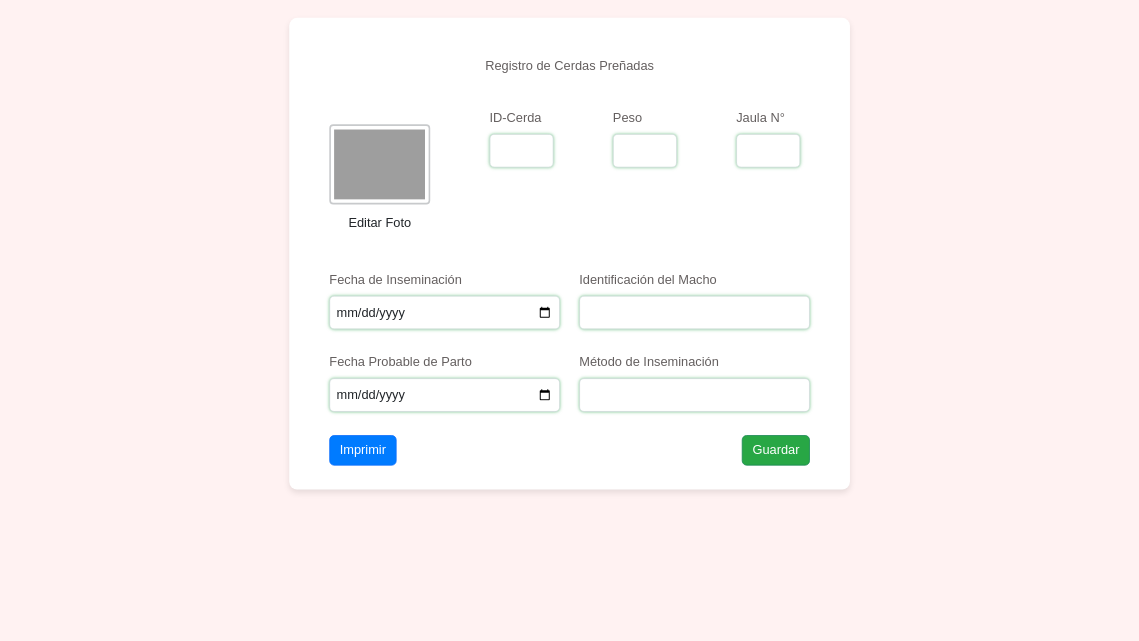
Repository: Mateojimenezz/Granja-Santa-Helena
Page: fomularioRegHembrasPreñadas.html
The author's editor kept a copy of each file at every save. The page is drawn from the files as they stood at one save, then again after a run of saves.
The browser window is 1280 px wide. The pictures show the whole page, at 89% of full size.
Pictures or frames that could not be fetched are drawn as grey boxes. Some web fonts or font styles are not loaded; a fallback is used.

Above is the page before, as saved 2025-04-29 10:48:31.

After the next 2 saves:
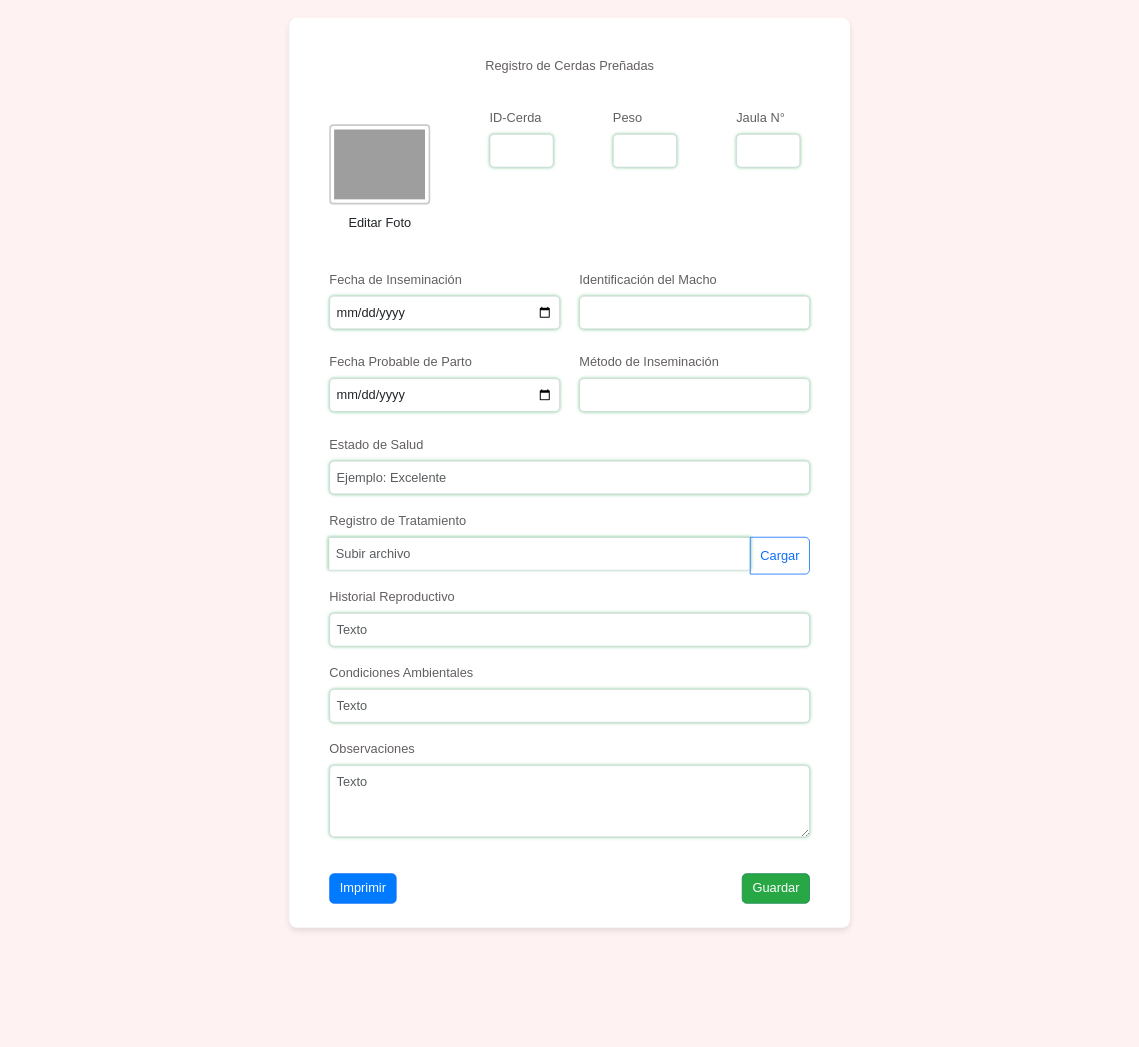
The 2 saves are shown as one change because they came seconds apart.
The last was saved 6 s later.
--- a/fomularioRegHembrasPreñadas.html
+++ b/fomularioRegHembrasPreñadas.html
@@ -61,6 +61,42 @@
                 <input type="text" class="form-control" id="metodoInseminacion" name="metodoInseminacion" required>
             </div>
             </div>
+            <div class="row mb-4">
+                <!-- Estado de Salud -->
+                <div class="col-md-12 mb-3">
+                  <label for="estadoSalud" class="form-label">Estado de Salud</label>
+                  <input type="text" class="form-control" id="estadoSalud" name="estadoSalud" placeholder="Ejemplo: Excelente" required>
+                </div>
+
+                <!-- Registro de Tratamiento con el botón dentro del input -->
+                <div class="col-md-12 mb-3">
+                  <label for="registroTratamiento" class="form-label">Registro de Tratamiento</label>
+                  <div class="input-group">
+                    <input type="file" class="form-control" id="registroTratamiento" style="display: none;" accept=".pdf,.doc,.docx">
+                    <input type="text" class="form-control" placeholder="Subir archivo" readonly id="archivoNombre">
+                    <button type="button" class="btn btn-outline-primary" onclick="document.getElementById('registroTratamiento').click()">Cargar</button>
+                  </div>
+                </div>
+
+                <!-- Historial Reproductivo -->
+                <div class="col-md-12 mb-3">
+                  <label for="historialReproductivo" class="form-label">Historial Reproductivo</label>
+                  <input type="text" class="form-control" id="historialReproductivo" name="historialReproductivo" placeholder="Texto" required>
+                </div>
+
+                <!-- Condiciones Ambientales -->
+                <div class="col-md-12 mb-3">
+                  <label for="condicionesAmbientales" class="form-label">Condiciones Ambientales</label>
+                  <input type="text" class="form-control" id="condicionesAmbientales" name="condicionesAmbientales" placeholder="Texto" required>
+                </div>
+
+                <!-- Observaciones -->
+                <div class="col-md-12 mb-3">
+                  <label for="observaciones" class="form-label">Observaciones</label>
+                  <textarea class="form-control" id="observaciones" name="observaciones" rows="3" placeholder="Texto" required></textarea>
+                </div>
+              </div>
+
 
 
 
